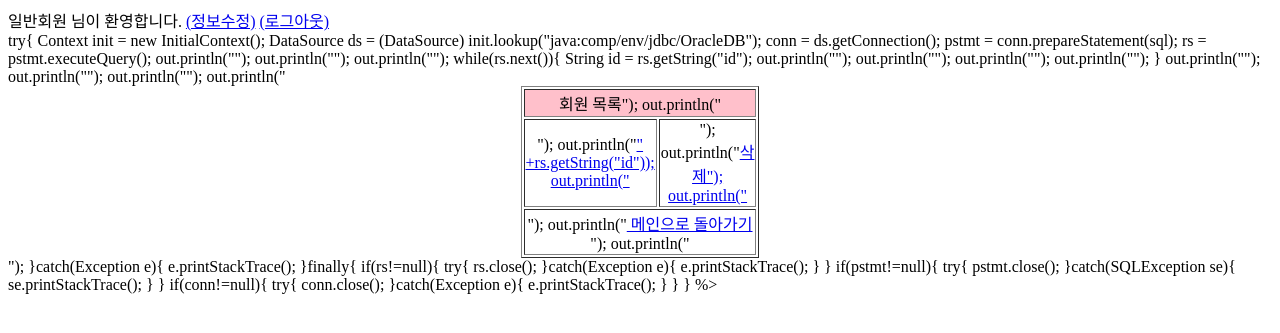
Repository: rumor1993/KH1
Page: http://localhost/Board/member/member_list.jsp
The author's editor kept a copy of each file at every save. The page is drawn from the files as they stood at one save, then again after the next save.
The browser window is 1280 px wide. The pictures show the whole page.
The page is served by Tomcat 9. Other server files are loaded and not shown. The template is opened directly, without the code that normally fills it, so the values that code supplies are empty.

Above is the page before, as saved 2018-05-08 02:07:54.

### Board/WebContent/member/member_list.jsp
<%@ page language="java" contentType="text/html; charset=EUC-KR"
    pageEncoding="EUC-KR"%>
<%@ page import = "java.sql.*" %>
<%@ page import = "javax.sql.*" %>
<%@ page import = "javax.naming.*" %>

<%@ taglib prefix="c"
	uri="http://java.sun.com/jsp/jstl/core" %>

	<jsp:include page="header.jsp"></jsp:include>
<%
	request.setCharacterEncoding("euc-kr");
%>
try{
	Context init = new InitialContext();
	DataSource ds = (DataSource) init.lookup("java:comp/env/jdbc/OracleDB");
	conn = ds.getConnection();
	pstmt =  conn.prepareStatement(sql);

	rs = pstmt.executeQuery();


	out.println("<table border=1>");
	out.println("<tr>");
	out.println("<td colspan =2>회원 목록");
	out.println("</tr>");
	while(rs.next()){
		String id = rs.getString("id");
		out.println("<tr>");
		out.println("<td>");
		out.println("<a href ='select.net?id="+ rs.getString("id") +"'>" +rs.getString("id"));
		out.println("</td>");
		out.println("<td>");
		out.println("<a href ='delete.net?id="+ rs.getString("id") +"'>삭제");
		out.println("</td>");
		out.println("</tr>");
	}
		out.println("<tr>");
	out.println("<td colspan=2>");
	out.println("<a href='main.net'> 메인으로 돌아가기 </a>");
	out.println("</td>");
	out.println("</tr>");
	out.println("</table>");
}catch(Exception e){
	e.printStackTrace();
}finally{
	if(rs!=null){
		try{
			rs.close();
		}catch(Exception e){
			e.printStackTrace();
		}
	}
	if(pstmt!=null){

		try{
			pstmt.close();
		}catch(SQLException se){
			se.printStackTrace();
		}
	}
	if(conn!=null){
		try{
			conn.close();
		}catch(Exception e){
			e.printStackTrace();
		}
	}
}
%>
<!DOCTYPE html>
<html>
<head>

	<style>
		table{width:200px; margin: 0 auto}
		td{text-align:center; }
		tr:nth-child(1) {background:pink}


}
	</style>
<title>Insert title here</title>
</head>
<body>

</body>
</html>

### Board/WebContent/member/header.jsp
<%@ page language="java" contentType="text/html; charset=EUC-KR"
    pageEncoding="EUC-KR"%>
<%@ taglib prefix="c"
	uri="http://java.sun.com/jsp/jstl/core" %>
<!DOCTYPE html>
<html>
<head>
<title>Insert title here</title>
</head>
<body>
<%
	request.setCharacterEncoding("euc-kr");
%>
	<c:choose>
		<c:when test="${id!='admin' }">
			<span>일반회원 ${sessionScope.id }님이 환영합니다.</span> <a href = "member_update.net">(정보수정)</a> <a href = "logout.net">(로그아웃)</a><br>
		</c:when>

		<c:otherwise>
			<span>관리자 ${sessionScope.id }님 환영합니다.</span> <a href = "member_update.net">(정보수정)</a> <a href = "logout.net">(로그아웃)</a><br>
		</c:otherwise>
	</c:choose>

<%-- 	<div id="header">
		<c:if test="${empty id }">
			<script>
				location.href="login.net";
			</script>
		</c:if>
		<c:if test="${!empty id }">
			<c:if test="${id=='admin' }">
				<span> 관리자 ${id } 님 환영합니다.></span>
			</c:if>
			<c:if test="${id!='admin' }">
				<span>일반회원 ${id } 님 환영합니다.</span>
			</c:if>
		</c:if>
		</div>
--%>



	<%--
	<%
	if(!id.equals("admin")){
	%>
		<span>일반회원 <%=id %>님이 환영합니다.</span> <a href = "update.jsp">(정보수정)</a> <a href = "logout.jsp">(로그아웃)</a><br>
	<%
	}else{
	%>
		<%
	}
	%> --%>
</body>
</html>

After the next save:
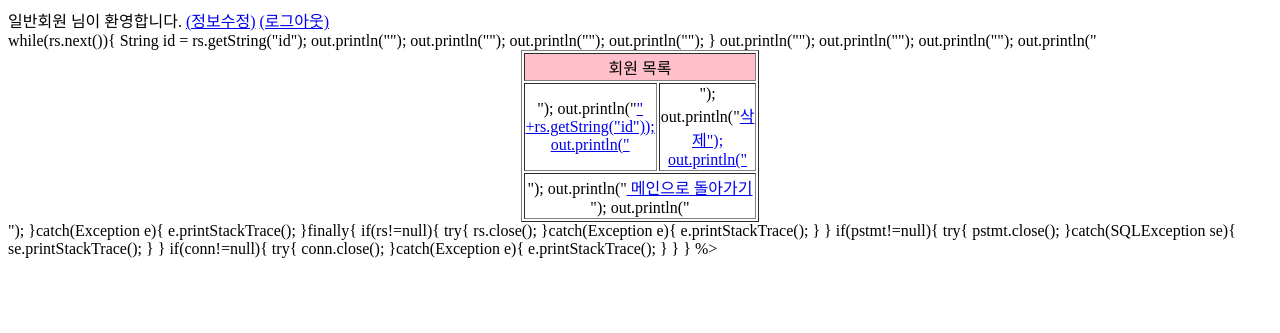
Saved 60 s later.
--- a/Board/WebContent/member/member_list.jsp
+++ b/Board/WebContent/member/member_list.jsp
@@ -10,20 +10,14 @@
 	<jsp:include page="header.jsp"></jsp:include>
 <%
 	request.setCharacterEncoding("euc-kr");
+
 %>
-try{
-	Context init = new InitialContext();
-	DataSource ds = (DataSource) init.lookup("java:comp/env/jdbc/OracleDB");
-	conn = ds.getConnection();
-	pstmt =  conn.prepareStatement(sql);
-
-	rs = pstmt.executeQuery();
 
 
-	out.println("<table border=1>");
-	out.println("<tr>");
-	out.println("<td colspan =2>회원 목록");
-	out.println("</tr>");
+	<table border=1>
+	<tr>
+	<td colspan =2>회원 목록</td>
+	</tr>
 	while(rs.next()){
 		String id = rs.getString("id");
 		out.println("<tr>");
